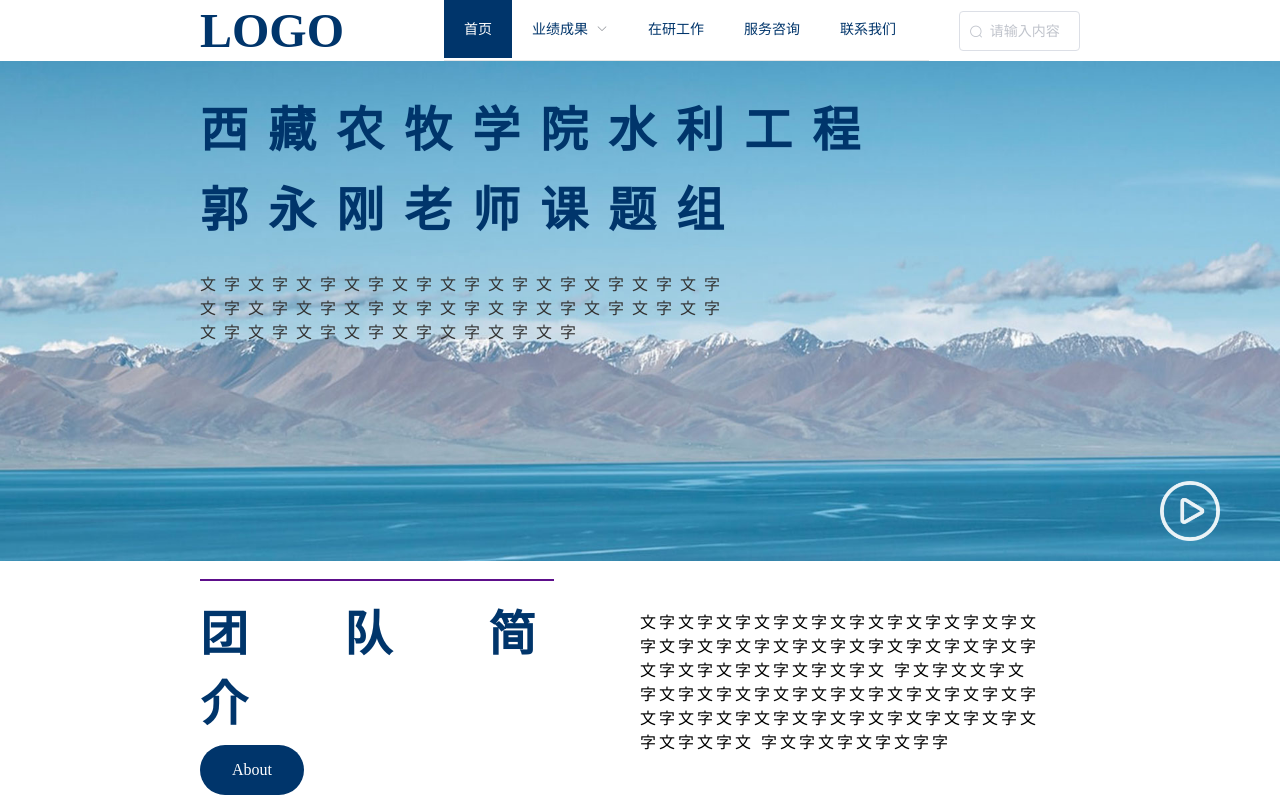
Repository: BLSY/xzust
Page: /
An editor plug-in stored every save of this project. The page is shown before and after the next save, followed by the edit.
The browser window is 1280 px wide. The pictures show the whole page.
The project was rebuilt for these pictures with package versions that can differ from the ones it lists, and the page was loaded fresh each time.

Above is the page before, as saved 2022-11-27 09:56:29.

After the next save:
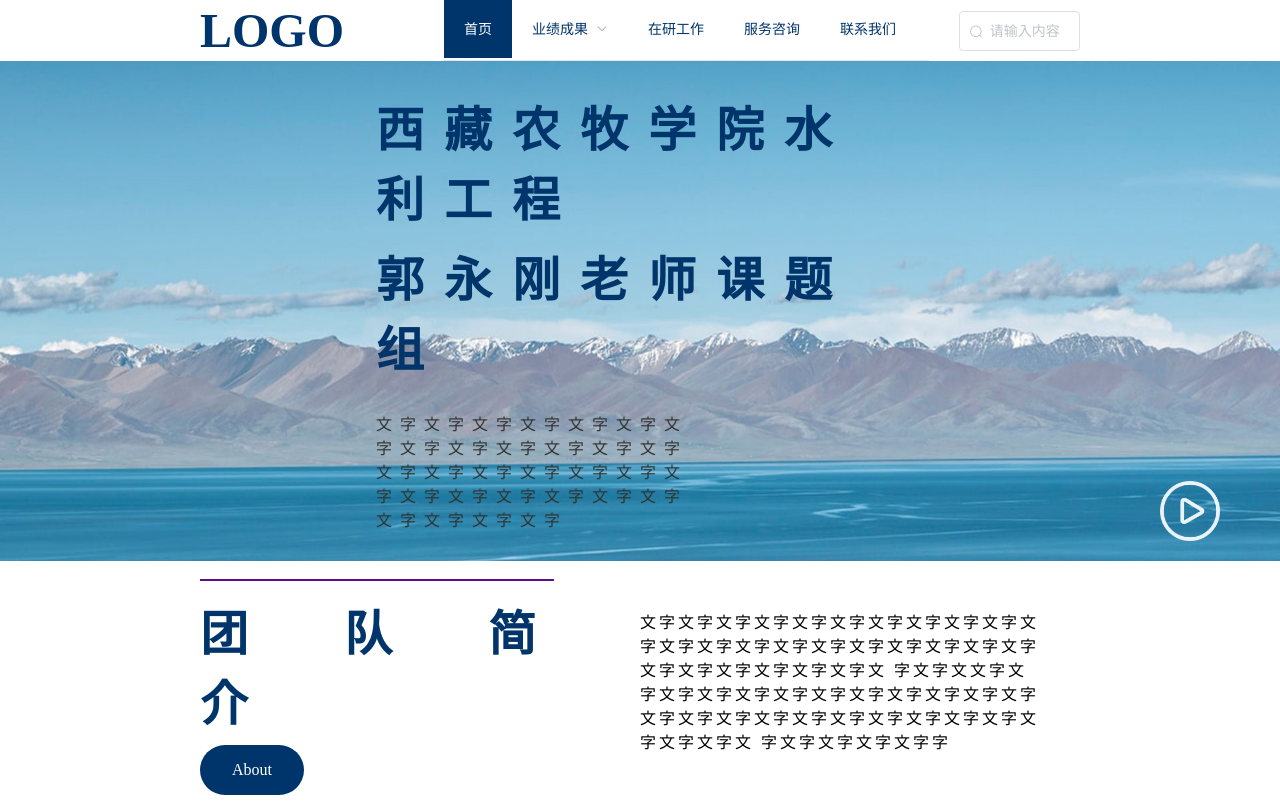
Saved 29 s later.
--- a/src/components/HelloWorld.vue
+++ b/src/components/HelloWorld.vue
@@ -144,7 +144,7 @@ html{
   .toptext{
     display: inline-block;
     margin-top: 20px;
-    widows: 60%;
+    width: 60%;
     text-align: left;
   }
   .h-text{
